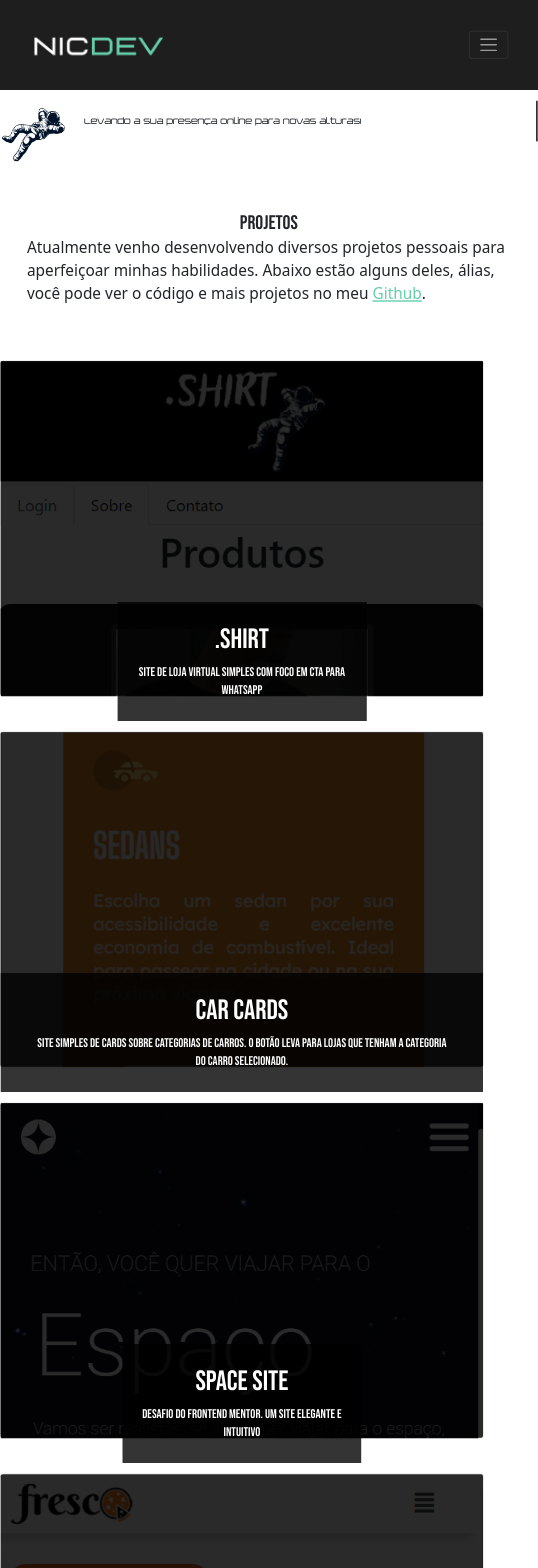
Repository: Leonngc/nicdev
Page: projects.html
The author's editor kept a copy of each file at every save. The page is drawn from the files as they stood at one save, then again after the next save.
The browser window is 768 px wide. The pictures show the part of the page from y = 0 to 2240 px (the page is 4626 px tall before and 4466 px after), at 70% of full size.
Some web libraries are served in a nearby version.

Above is the page before, as saved 2023-06-05 00:24:32.

After the next save:
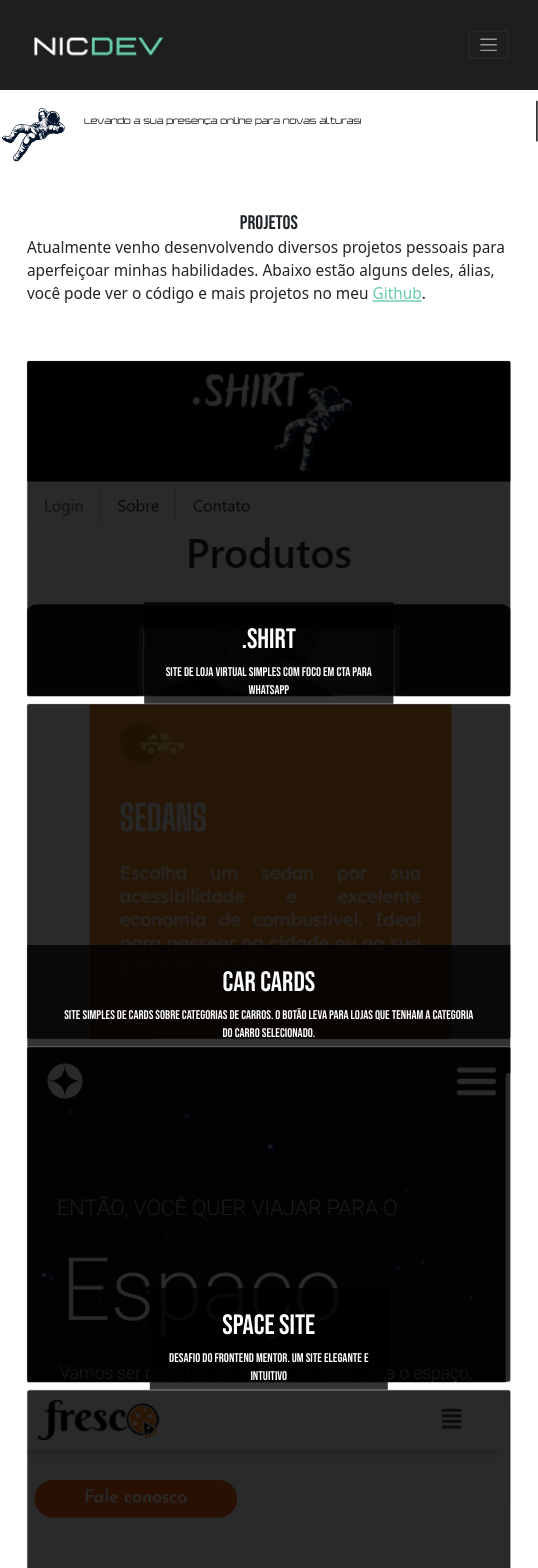
Saved 5 s later.
--- a/styles/cards.css
+++ b/styles/cards.css
@@ -114,6 +114,6 @@
       }
       .card{
         width: 90vw;
-        max-width: 10px auto;
+        margin: 10px auto;
       }
   }
